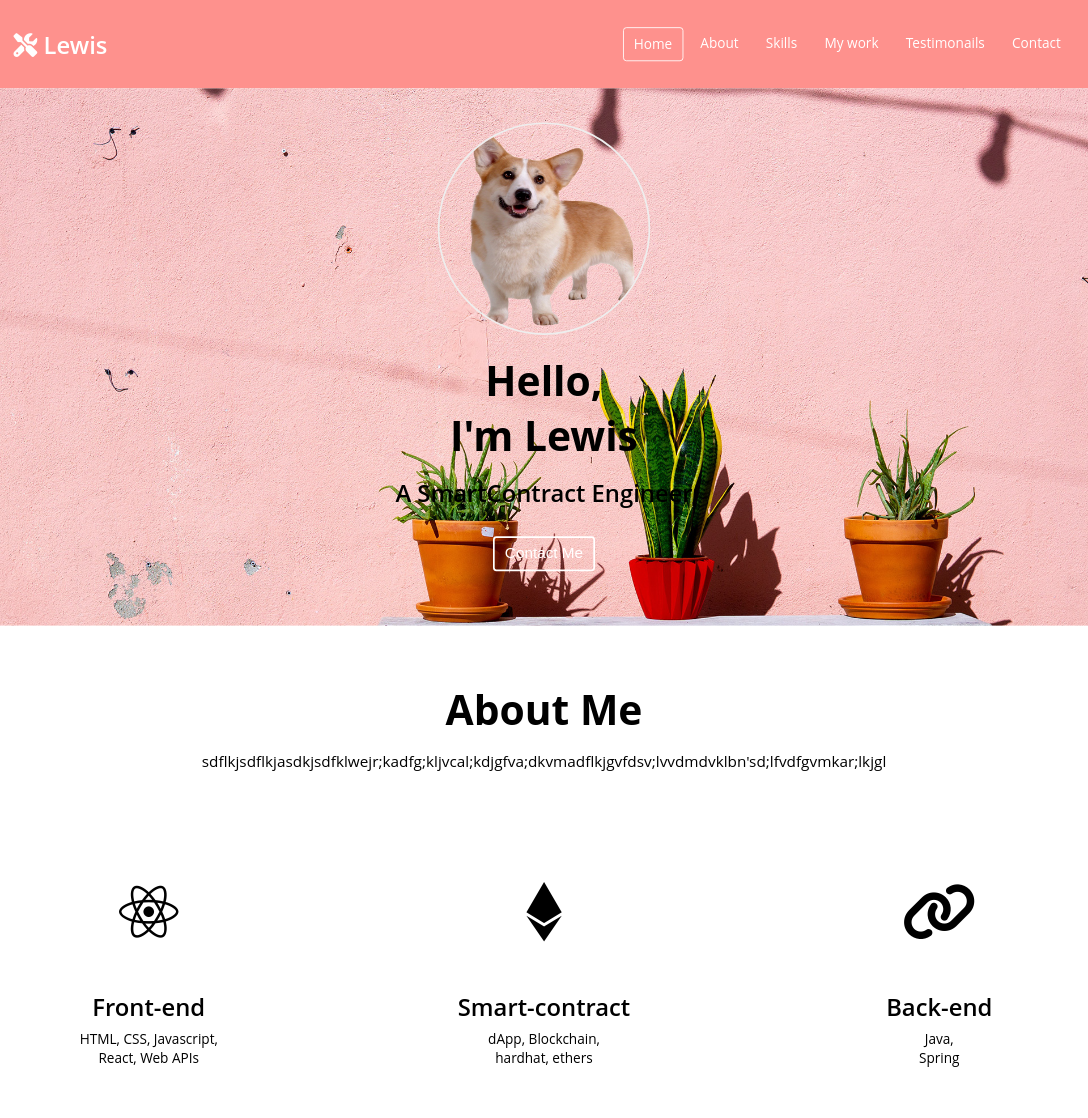
Repository: woojinShim/woojinShim.github.io
Page: index.html
These files come from the project's save history. The page is drawn as it stood at one moment and after the next save; the edit follows.
The browser window is 1280 px wide. The pictures show the part of the page from y = 0 to 1315 px (the page is 7310 px tall), at 85% of full size.
A picture or video elsewhere on the page could not be fetched, so the positions and the page height are approximate. Some web libraries are served in a nearby version.

Above is the page before, as saved 2022-03-08 19:08:30.

### index.html
<!DOCTYPE html>
<html lang="en">
<head>
    <meta charset="UTF-8">
    <meta http-equiv="X-UA-Compatible" content="IE=edge">
    <meta name="viewport" content="width=device-width, initial-scale=1.0">
    <title>Document</title>
    <script
      src="https://kit.fontawesome.com/9eb162ac0d.js"
      crossorigin="anonymous"
    ></script>
    <style>
        @import url('https://fonts.googleapis.com/css2?family=Noto+Sans+KR:wght@100;400;700&display=swap');
        </style>
    <link rel="icon" type="image/png" href="img/favicon.png" />
    <link rel="stylesheet" href="style.css">
    <script scr="main.js"></script>
</head>
<body>
    <!-- Navbar -->
    <nav id="navbar">
        <div class="navbar__logo">
            <i class="fas fa-tools"></i>
            <a href="#">Lewis</a>
        </div>
        <ul class="navbar__menu">
            <li class="navbar__menu__item active">Home</li>
            <li class="navbar__menu__item">About</li>
            <li class="navbar__menu__item">Skills</li>
            <li class="navbar__menu__item">My work</li>
            <li class="navbar__menu__item">Testimonails</li>
            <li class="navbar__menu__item">Contact</li>
        </ul>
    </nav>
    <!-- Home -->
    <section id="home">
        <img src="img/puppy.png" alt="Lewis's photo" class="home__avator">
        <h1 class="home__title">Hello, <br/>I'm Lewis</h1>
        <h2 class="home__descrition">A SmartContract Engineer</h2>
        <button class="home__contact">Contact Me</button>
    </section>
    <!-- About -->
    <section id="about" class="section">
        <h1>About Me</h1>
        <p>sdflkjsdflkjasdkjsdfklwejr;kadfg;kljvcal;kdjgfva;dkvmadflkjgvfdsv;lvvdmdvklbn'sd;lfvdfgvmkar;lkjgl</p>
        <div class="about__majors">
            <div class="major">
                <div class="major__icon"><i class="fab fa-react"></i></div>
                <h2 class="major__title">Front-end</h2>
                <div class="major__description">HTML, CSS, Javascript,
                    <br /> React, Web APIs
                </div>
            </div>
            <div class="major">
                <div class="major__icon"><i class="fab fa-ethereum"></i></div>
                <h2 class="major__title">Smart-contract</h2>
                <div class="major__description">dApp, Blockchain,
                    <br /> hardhat, ethers
                </div>
            </div>
            <div class="major">
                <div class="major__icon"><i class="fas fa-link"></i></i></div>
                <h2 class="major__title">Back-end</h2>
                <div class="major__description">Java,
                    <br /> Spring
                </div>
            </div>
        </div>





        <div class="about__jobs">
            <div class="job">
                <img src="img/puupy.png" alt="puupy">
            </div>
            <div class="job"></div>
        </div>
    </section>
    <!-- Skills -->
    <section id="skills" class="section">
        <h1>Skills</h1>
        <h2>skills $ Attribute</h2>
        <p>
            sdjsfdldsfjsdffvmslkjdfgksjdsdsdvkkfghalkvsdlaskkjrsdjlkdskflksjdlja
            sdfkdfvlskvglkkcjkdjckwebkosdkvlkwekelkfsdjlkldfkskdfg
            sdlkbdflnsldkfgkfsdfkdksvj
        </p>
        <div class="skillset">
            <div class="skillset__left">
                <h3 class="skillset__title">Skills</h3>
                <div class="skills">
                    <div class="skill_description">
                        <span>HTML</span>
                        <span>99%</span>
                    </div>
                    <div class="skill_description">
                        <span>CSS</span>
                        <span>90%</span>
                    </div>
                    <div class="skill_description">
                        <span>JavaScript</span>
                        <span>94%</span>
                    </div>
                    <div class="skill_description">
                        <span>Solidity</span>
                        <span>93%</span>
                    </div>
                    <div class="skill_description">
                        <span>Java</span>
                        <span>90%</span>
                    </div>

                </div>
            </div>
            <div class="skillset__right">
                <div class="tools">
                    <h3 class="skillset__title">Tools</h3>
                    <ul class="tools__list">
                        <li class="span">Visual Studio Code</li>
                        <li class="span">IntelliJ</li>
                        <li class="span">Slack</li>
                        <li class="span">Notion</li>
                        <li class="span">Photoshop</li>
                    </ul>
                </div>
                <div class="etc">
                    <h3 class="skillset__title">Etc</h3>
                    <ul class="etc__list">
                        <li><span>Git</span></li>
                        <li><span>Math</span></li>
                        <li><span>Design</span></li>
                    </ul>
                </div>
            </div>
        </div>
    </section>
    <!-- Work -->
    <section id="work" class="section">
        <h1>My Work</h1>
        <h3>Projects</h3>
        <div class="work__catagories">
            <button class="catagory__btn">All<span class="category__count">3</span></button>
            <button class="catagory__btn">Front-end<span class="category__count">6</span></button>
            <button class="catagory__btn">Back-end<span class="category__count">5</span></button>
            <button class="catagory__btn">Blockchain<span class="category__count">7</span></button>
        </div>

        <div class="work__projects">
            <a href="https://naver.com" class="project" target="blank">
                <img class="project__img" src="img/jin.png" alt="YouTube" />
                <div class="project__description">
                    <h3>Naver Site</h3>
                    <span>Clone Naver</span>
                </div>
            </a>
        </div>
        <div class="work__projects">
            <a href="https://naver.com" class="project" target="blank">
                <img class="project__img" src="img/jin.png" alt="YouTube" />
                <div class="project__description">
                    <h3>Naver Site</h3>
                    <span>Clone Naver</span>
                </div>
            </a>
        </div>
        <div class="work__projects">
            <a href="https://naver.com" class="project" target="blank">
                <img class="project__img" src="img/le.png" alt="YouTube" />
                <div class="project__description">
                    <h3>Naver Site</h3>
                    <span>Clone Naver</span>
                </div>
            </a>
        </div>
        <div class="work__projects">
            <a href="https://naver.com" class="project" target="blank">
                <img class="project__img" src="img/shim.png" alt="YouTube" />
                <div class="project__description">
                    <h3>Naver Site</h3>
                    <span>Clone Naver</span>
                </div>
            </a>
        </div>
        <div class="work__projects">
            <a href="https://naver.com" class="project" target="blank">
                <img class="project__img" src="img/yes.jfif" alt="YouTube" />
                <div class="project__description">
                    <h3>Naver Site</h3>
                    <span>Clone Naver</span>
                </div>
            </a>
        </div>
        <div class="work__projects">
            <a href="https://naver.com" class="project" target="blank">
                <img class="project__img" src="img/woo.png" alt="YouTube" />
                <div class="project__description">
                    <h3>Naver Site</h3>
                    <span>Clone Naver</span>
                </div>
            </a>
        </div>
    </section>
    <!-- testimonails -->
    <section id="testimonials" class="section">
        <h1>Testimonials</h1>
        <h3>See what they say about me</h3>
        <div class="testimonials">
            <div class="testimonial">
                <img src="img/man.jpg" alt="" class="testimonial__avator">
                <div class="testimonial__speech-bubble">
                    <p>
                        sdvkdfdfmvkdlkjtkfknsvkdnfgckvdkvkjvbdfgkkjsdkvjskjcvrngksdmcsdkck
                    </p>
                    <p class="name"><a href="">Lewis</a></p>
                </div>
            </div>
            <div class="testimonial">
                <img src="img/man.jpg" alt="" class="testimonial__avator">
                <div class="testimonial__speech-bubble">
                    <p>
                        sdvkdfdfmvkdlkjtkfknsvkdnfgckvdkvkjvbdfgkkjsdkvjskjcvrngksdmcsdkck
                    </p>
                    <p class="name"><a href="">Lewis</a></p>
                </div>
            </div>
        </div>
    </section>
    <!-- contact -->
    <section id="contact" class="section">
        <h1 class="contact__title">Let's talk</h1>
        <h2 class="contact__email">dream.coder@gmail.com</h2>
        <div class="contact__links">
            <a href="http://google.com" target="blank">
                <i class="fa-brands fa-github"></i>
            </a>
            <a href="http://google.com" target="blank">
                <i class="fa-brands fa-linkedin"></i>
            </a>
        </div>
        <p class="contact__rights">Dream coming - All Right Reserved.</p>
    </section>

</body>
</html>

### style.css
:root {
  /* Color */
  --color-white: #ffffff;
  --color-light-white: #eeeeee;
  --color-dark-white: #bdbdbd;
  --color-pink: #fe918d;
  --color-dark-pink: #ff6863;
  --color-black: #4d4d4d;
  --color-dark-grey: #4d4d4d;
  --color-grey: #616161;
  --color-light-grey: #7c7979;
  --color-blue: #73aace;
  --color-yellow: #fff7d1;
  --color-orange: #feb546;
  --color-black: #000000;

  /* Font size */
  --font-large: 48px;
  --font-medium: 28px;
  --font-regular: 18px;
  --font-small: 16px;
  --font-micro: 14px;

  /* Font weight */
  --weight-bold: 700;
  --weight-semi-bold: 600;
  --weight-regular: 400;

  /* Size */
  --size-border-radius: 4px;

  /* Annimation */
  --animation-duration: 300ms;
}

/* Universal tags */
* {
  box-sizing: border-box;
}

body {
  font-family: "Open Sans", sans-serif;
  margin: 0;
  cursor: default;
}

a {
  text-decoration: none;
  color: var(--color-white);
}

ul {
  list-style: none;
  padding-left: 0;
}

li {
  list-style: none;
}

button {
  background-color: transparent;
  cursor: pointer;
  border: none;
  outline: none;
}

/* Typography */
h1 {
  font-size: var(--font-large);
  font-weight: var(--weight-bold);
  color: var(--color-black);
  margin: 16px 0px;
}

h2 {
  font-size: var(--font-medium);
  font-weight: var(--weight-semi-bold);
  color: var(--color-black);
  margin: 8px 0;
}

h3 {
  font-size: var(--font-regular);
  font-weight: var(--font-regular);
  color: var(--color-black);
  margin: 8px 0;
}

p {
  font-size: var(--font-regular);
  font-weight: var(--font-regular);
  color: var(--color-black);
  margin: 4px 0;
}

/* Navbar */
#navbar {
  display: flex;
  justify-content: space-between;
  align-items: center;
  padding: 16px;
  background-color: var(--color-pink);
}

.navbar__logo {
  font-size: var(--font-medium);
  font-weight: var(--weight-semi-bold);
  color: white;
}

.navbar__menu {
  display: flex;
}

.navbar__menu__item {
  padding: 8px 12px;
  margin: 0 4px;
  color: var(--color-white);
  cursor: pointer;
  border-radius: var(--size-border-radius);
}

.navbar__menu__item.active {
  border: 1px solid var(--color-white);
}

.navbar__menu__item:hover {
  background-color: var(--color-dark-pink);
  border-radius: 4px;
}

/* Home */
#home {
  background: url("img/Level.jpg") center/cover no-repeat;
  padding: 40px;
  text-align: center;
}

.home__avator {
  width: 250px;
  height: 250px;
  border-radius: 50%;
  border: 2px solid var(--color-light-white);
}

.home__contact {
  color: var(--color-white);
  font-size: var(--font-regular);
  font-weight: var(--weight-regular);
  margin: 24px;
  padding: 8px 12px;
  border: 2px solid var(--color-white);
  border-radius: var(--size-border-radius);
}

/* Section common */
.section {
  padding: 50px;
  text-align: center;
  max-width: 1200px;
  margin: auto;
}

.about__majors {
  display: flex;
  justify-content: space-between;
  margin: 80px 0;
}

.major__icon {
  width: 170px;
  height: 170px;
  line-height: 170px;
  font-size: 70px;
  margin: auto;
}

After the next save:
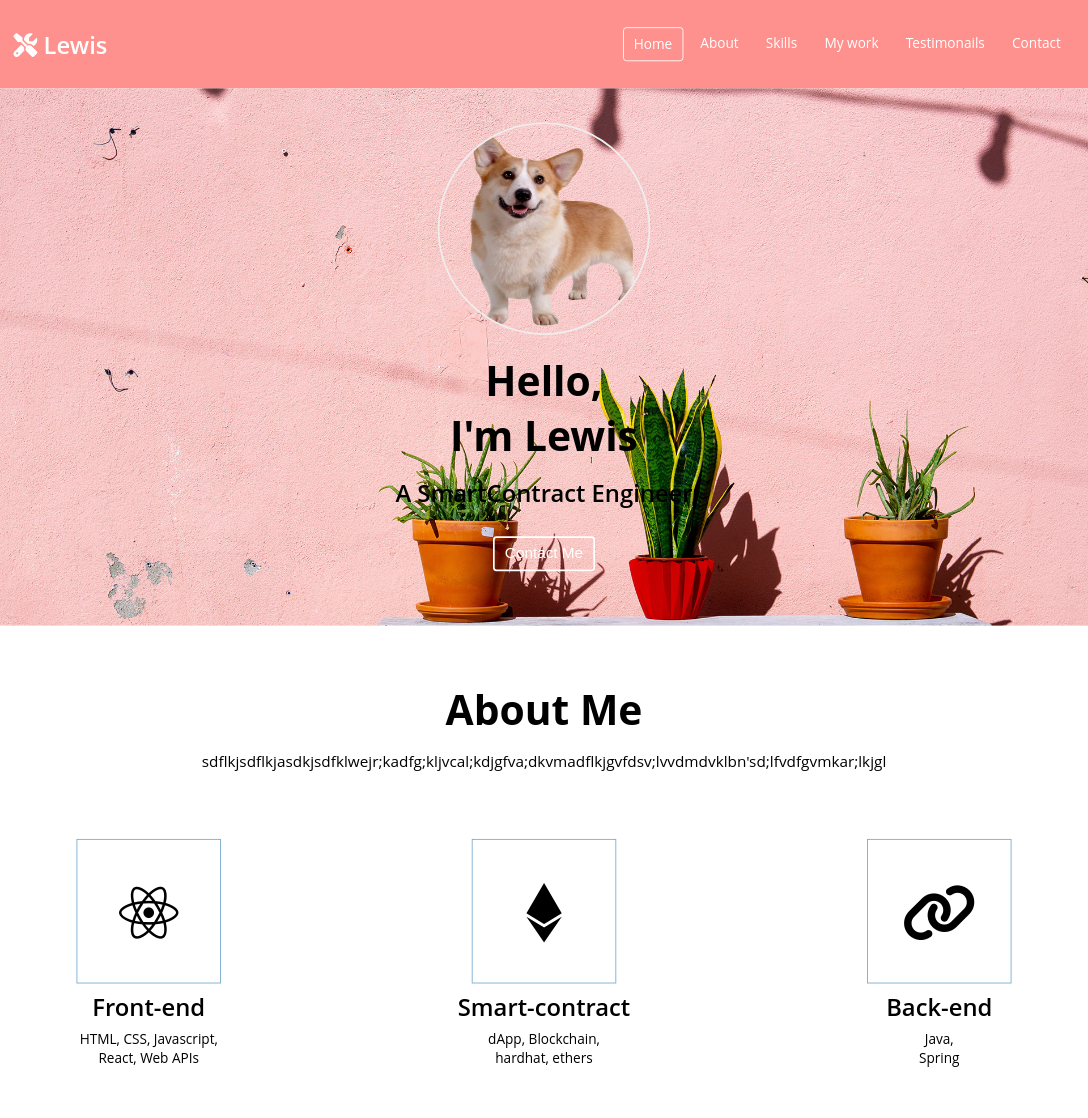
Saved 24 s later.
--- a/style.css
+++ b/style.css
@@ -174,4 +174,5 @@
   line-height: 170px;
   font-size: 70px;
   margin: auto;
+  border: 1px solid var(--color-blue);
 }
